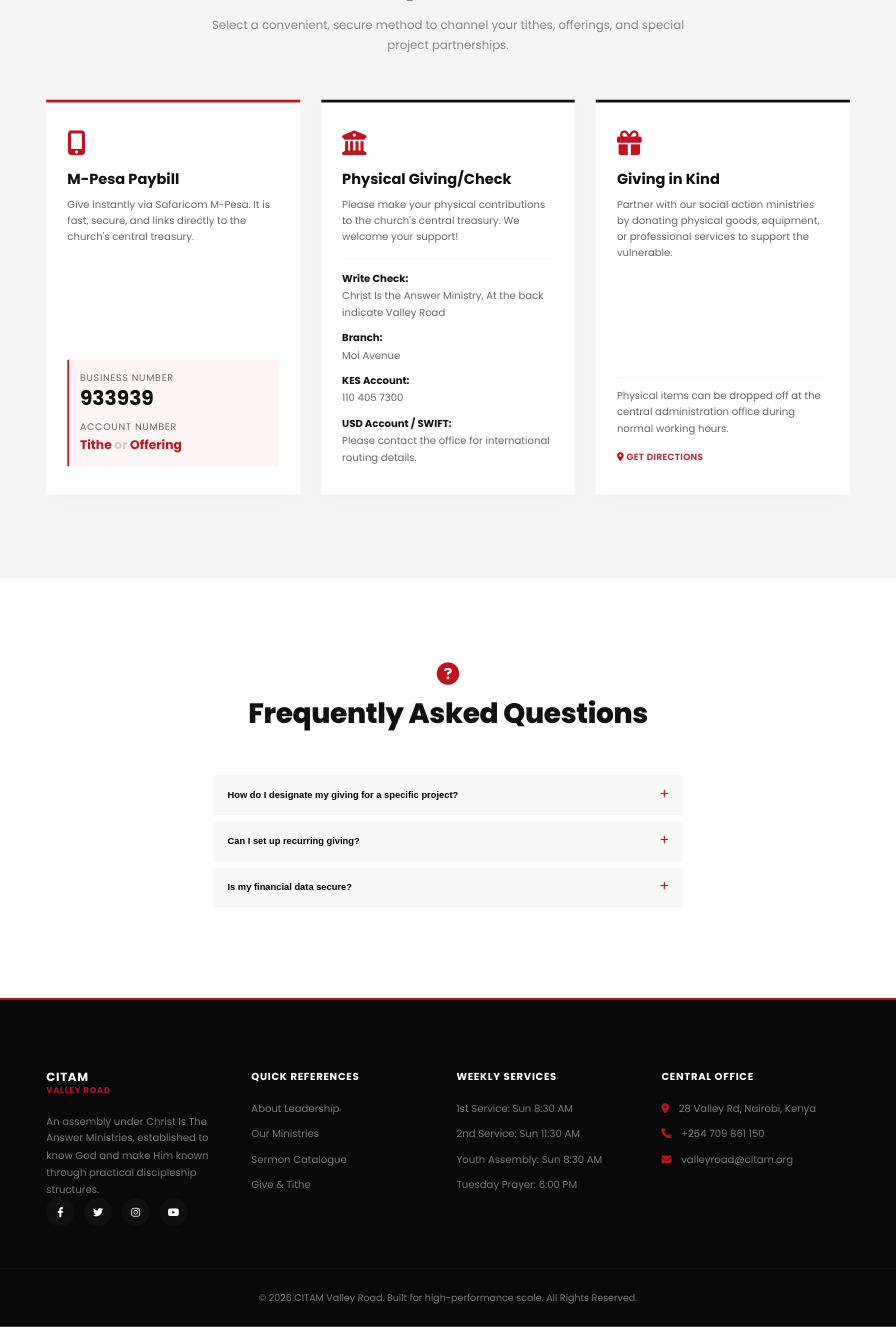
Repository: jereworks/CITAMVRD-Website
Page: give.html
An editor plug-in stored every save of this project. The page is shown before and after a run of saves, followed by the edit.
The browser window is 1280 px wide. The pictures show the part of the page from y = 679 to 2599 px (the page is 2574 px tall before and 2599 px after), at 70% of full size.

Above is the page before, as saved 2026-06-11 16:56:35.

After the next 4 saves:
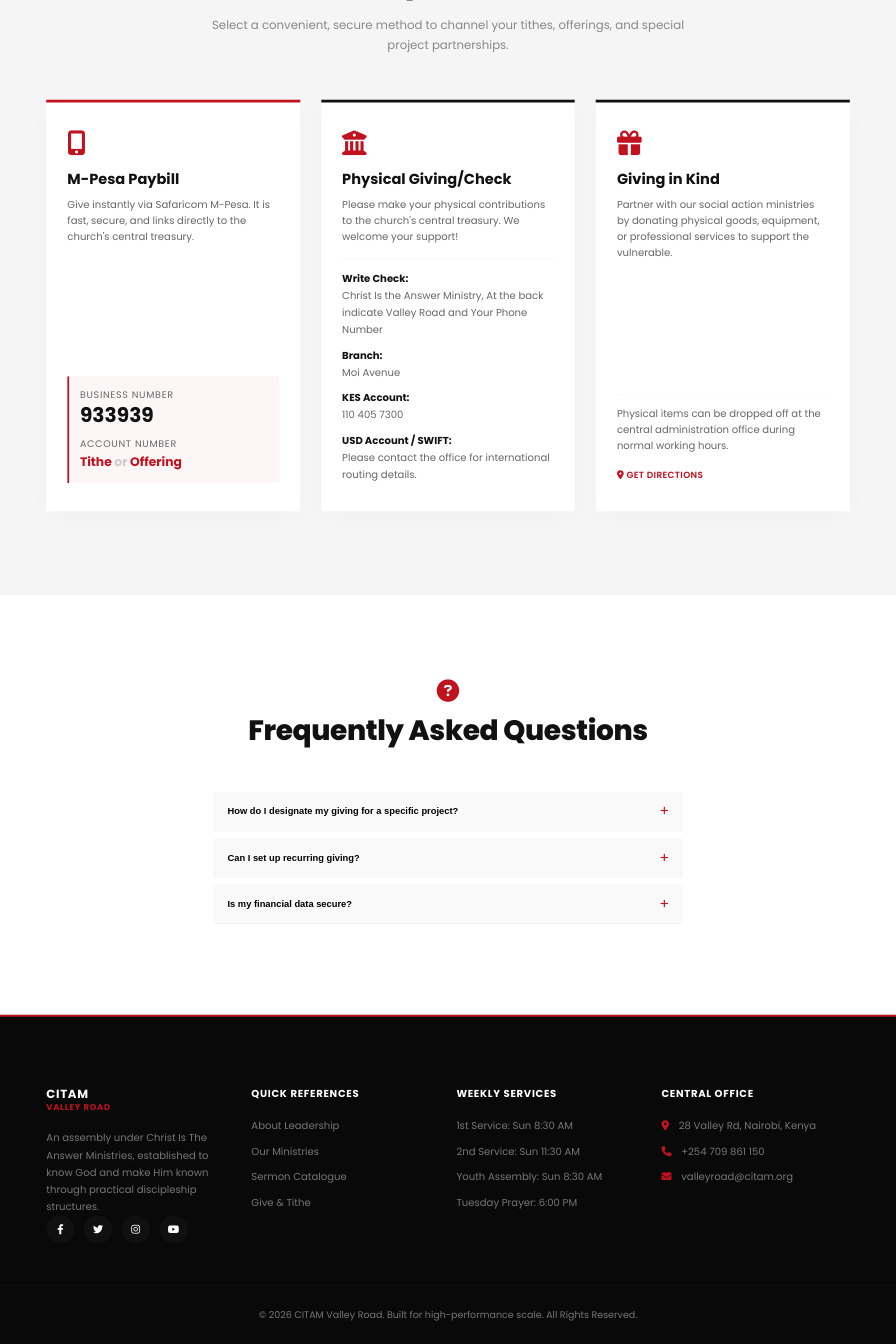
The 4 saves are shown as one change because they came seconds apart.
The last was saved 12 s later.
--- a/give.html
+++ b/give.html
@@ -113,7 +113,7 @@
                         <ul style="list-style: none; font-size: 0.9rem;">
                             <li style="margin-bottom: 12px;">
                                 <strong style="color: var(--dark); display: block;">Write Check:</strong>
-                                Christ Is the Answer Ministry, At the back indicate Valley Road
+                                Christ Is the Answer Ministry, At the back indicate Valley Road and Your Phone Number
                             </li>
                             <li style="margin-bottom: 12px;">
                                 <strong style="color: var(--dark); display: block;">Branch:</strong>
